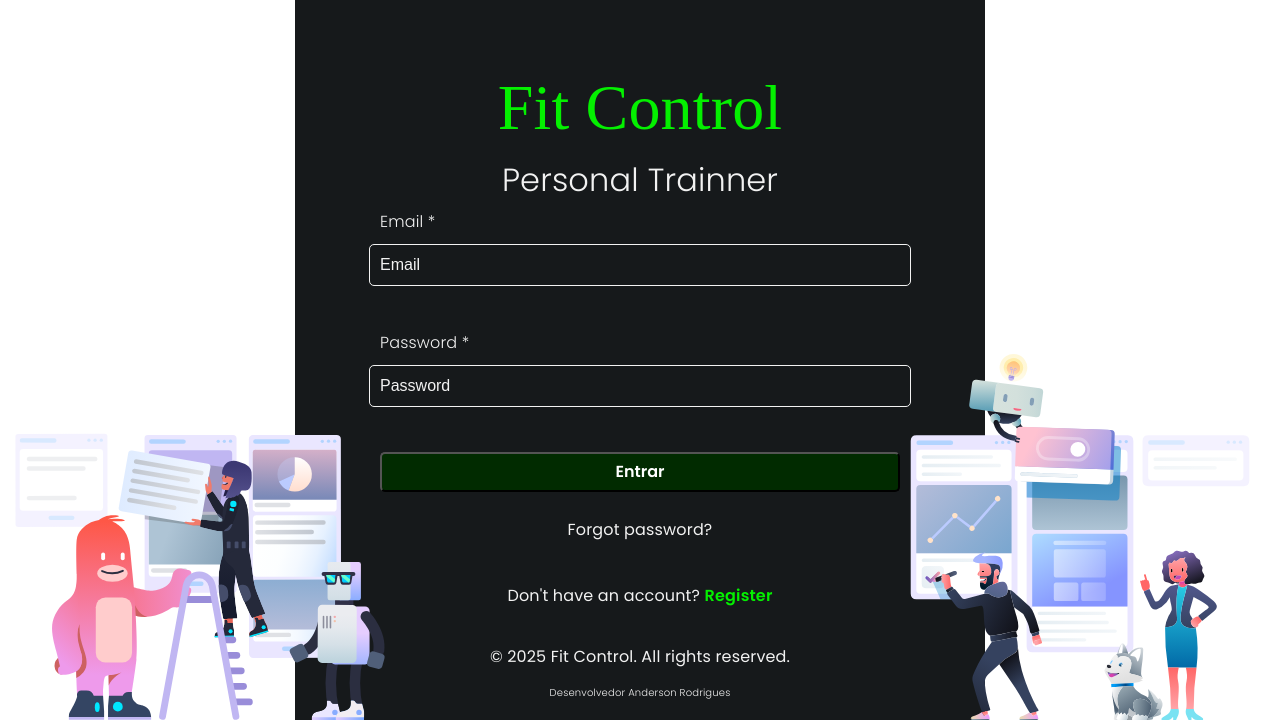
Repository: fit-control/frontend-fit-control
Page: /
An editor plug-in stored every save of this project. The page is shown before and after the next save, followed by the edit.
The browser window is 1280 px wide. The pictures show the whole page.
Some web fonts or font styles are not loaded; a fallback is used. The project was rebuilt for these pictures with package versions that can differ from the ones it lists, and the page was loaded fresh each time. The framework's server and built-in components were replaced by stand-ins that run in the browser. Also part of the build but not shown: next.config.js, vite.config.ts.

Above is the page before, as saved 2025-01-18 22:52:35.

After the next save:
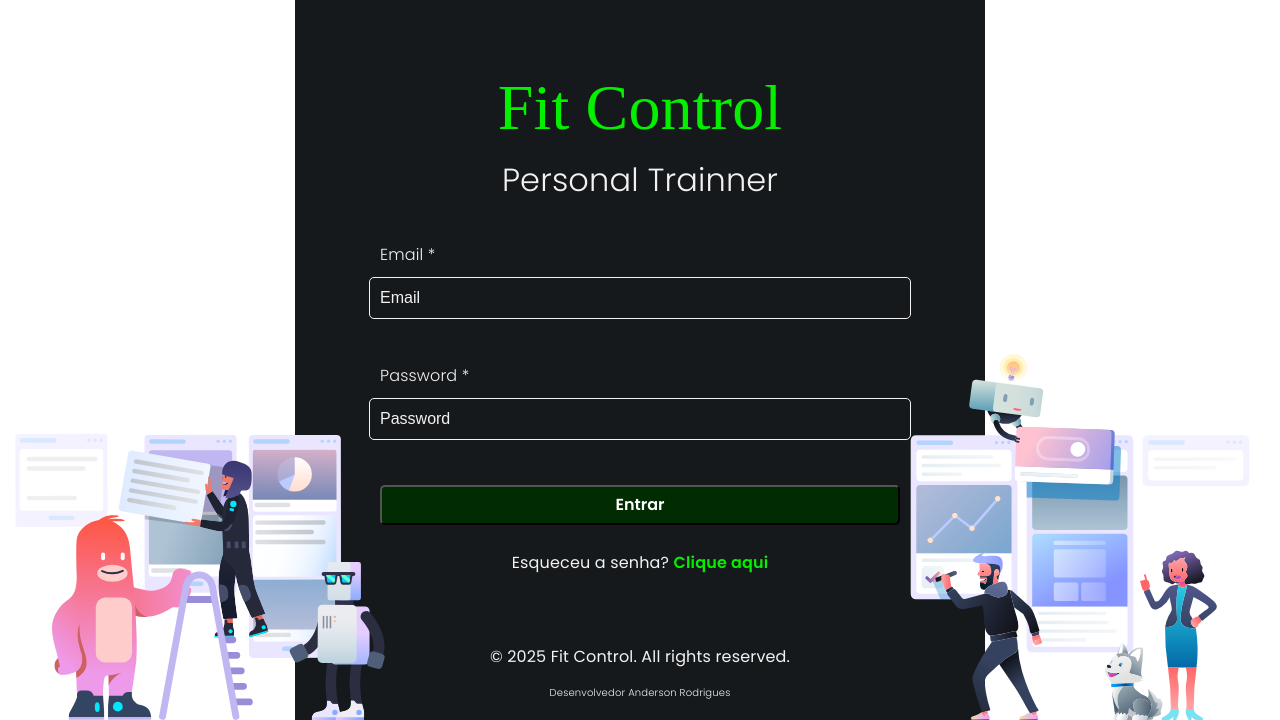
Saved 2 min 55 s later.
--- a/src/app/components/containerCenterLogin.tsx
+++ b/src/app/components/containerCenterLogin.tsx
@@ -14,8 +14,7 @@ const ContainerCenterLogin = () => {
           <label htmlFor="password">Password *</label>
           <input type="password" placeholder="Password" />
           <button>Entrar</button>
-          <p className="forgotPassword">Forgot password?</p>
-          <p className="forgotPassword">Don't have an account? <a href="/register" className="registerLink">Register</a></p>
+          <p className="forgotPassword">Esqueceu a senha? <a href="/register" className="registerLink">Clique aqui</a></p>
         </div>
         <footer className="">
           <p className="">
